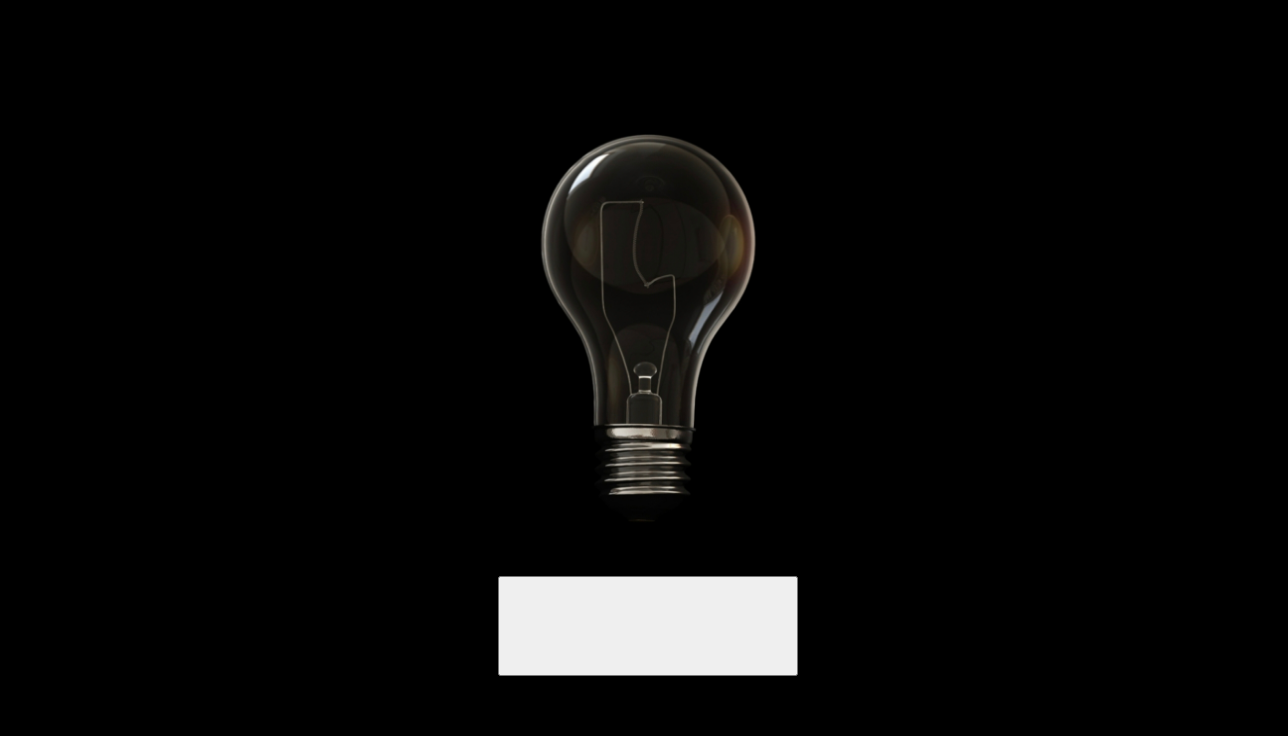
Repository: JunaidAnsari202/bulb
Page: index.html
An editor plug-in stored every save of this project. The page is shown before and after a run of saves, followed by the edit.
The browser window is 1280 px wide. The page is 1288 px wide, so the pictures cover 1288 px, including what lies to the right of the window. The pictures show the whole page.

Above is the page before, as saved 2023-10-27 21:39:00.

### index.html
<!DOCTYPE html>
<html lang="en">
<head>
    <meta charset="UTF-8">
    <meta name="viewport" content="width=device-width, initial-scale=1.0">
    <title>Document</title>
    <link rel="stylesheet" href="style.css">
</head>
<body>
<div><img id="bulb" src="img/off.jpg" alt="" class="bulb"></div>
   <div> <button id="btn" class="bttn" ><span style="display: hidden;"></span></button></div>
</body>

<script>
    let button=document.getElementById('btn')
    let bulb=document.getElementById('bulb')
    button.addEventListener('click',bulbs)
    function bulbs(e){
        if(button.textContent.includes('on')){
            bulb.src="img/off.jpg"
            button.textContent="Turn off"
        }
        else{
            bulb.src="img/on.jpg"
            button.textContent="Turn on"
        }
    }
   </script>
</html>

### style.css
body{
    width: 100vw;
    height: 100vh;
    background-color: black;
    overflow: hidden;
    display: flex;
    justify-content: center;
    align-items: center;
    flex-direction: column;
}
*{
    /* border: 1px red dashed; */

}
.bulb{
    height: 500px;
    width: 350px;
}


.bttn{
    margin-top: 4%;
    /* margin-left: ; */
    font-weight: 800;
    height: 100px;
    width: 300px;
}

After the next 6 saves:
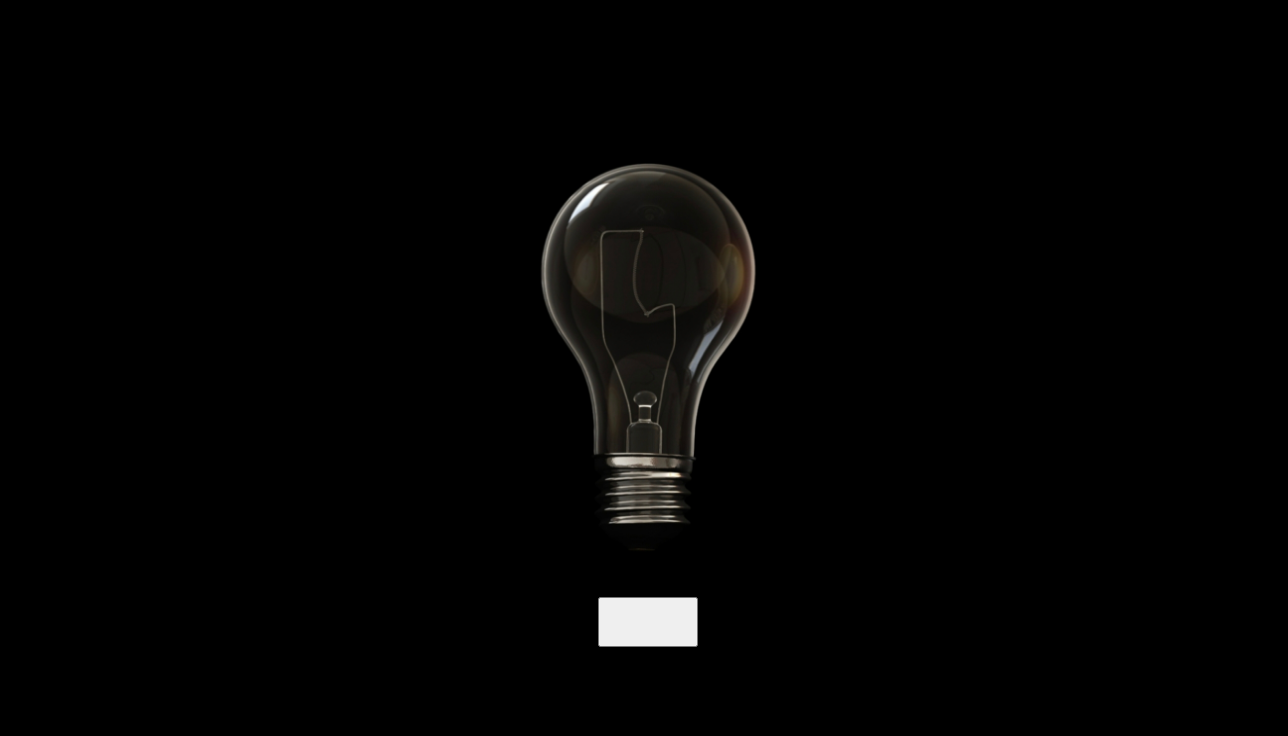
The 6 saves are shown as one change because they came seconds apart.
The last was saved 18 s later.
--- a/style.css
+++ b/style.css
@@ -22,6 +22,6 @@ body{
     margin-top: 4%;
     /* margin-left: ; */
     font-weight: 800;
-    height: 100px;
-    width: 300px;
+    height: 50px;
+    width: 100px;
 }
